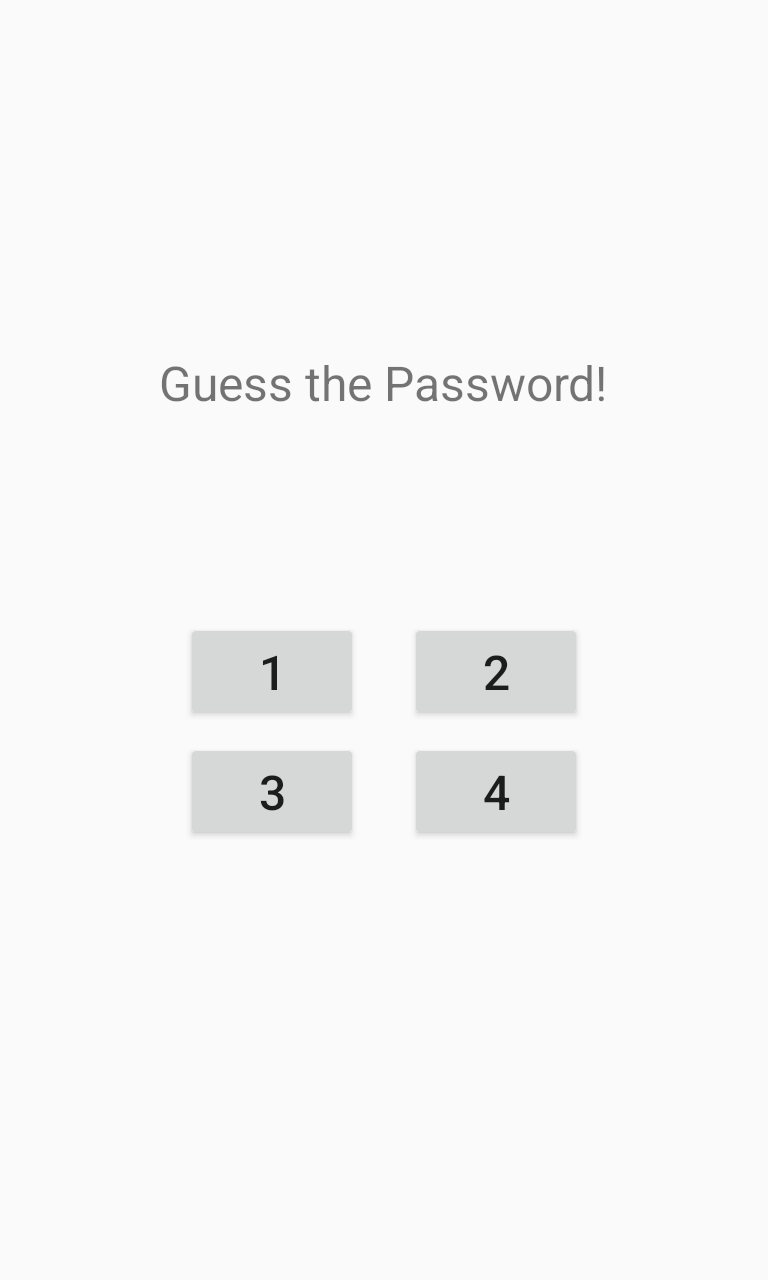
Repository: cryder3/csc303
Layout: Challenge1/res/layout/activity_topsecret.xml
The author's editor kept a copy of each file at every save. The layout is drawn from the files as they stood at one save, then again after the next save.
It is drawn on a 768 x 1280 px phone screen (xhdpi) without system bars, with theme AppTheme; the app's code is not run.

Above is the layout before, as saved 2014-09-10 16:09:07.

After the next save:
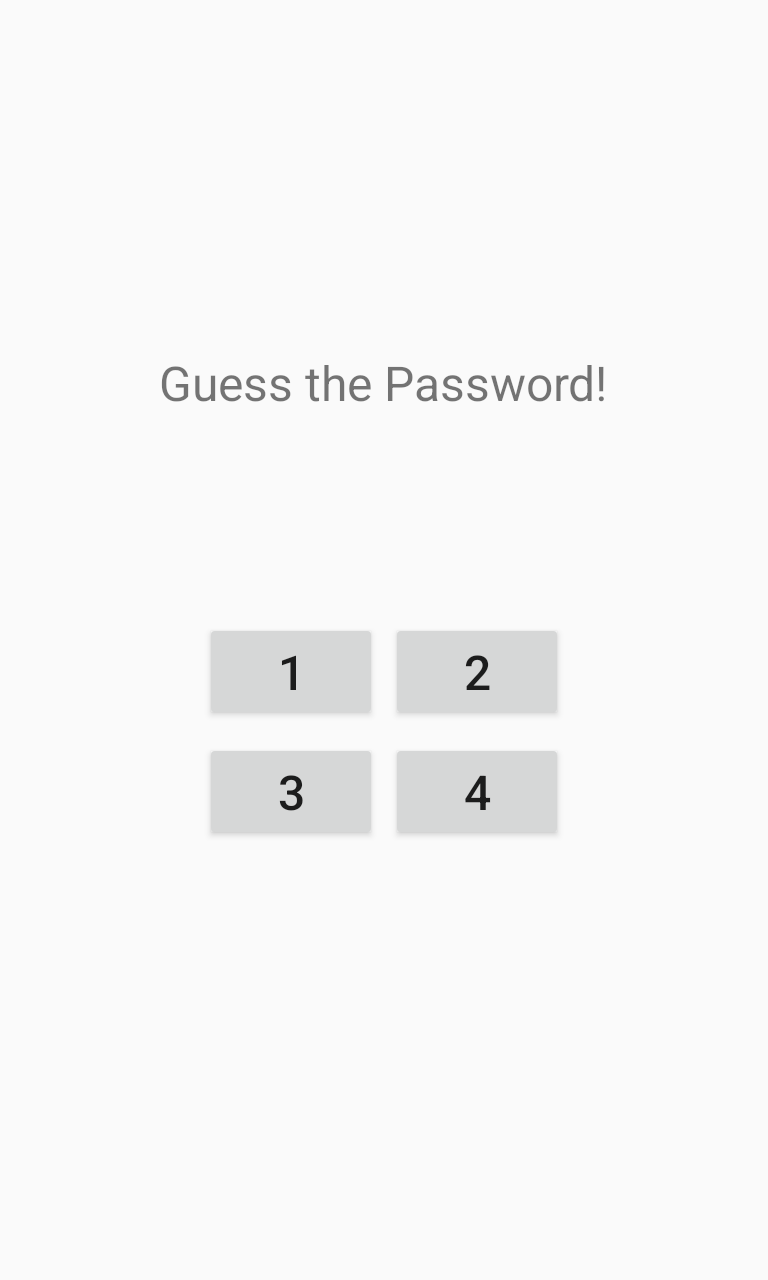
Saved 56 s later.
--- a/Challenge1/res/layout/activity_topsecret.xml
+++ b/Challenge1/res/layout/activity_topsecret.xml
@@ -33,7 +33,7 @@
             android:layout_width="wrap_content"
             android:layout_height="wrap_content"
             android:layout_marginBottom="5dp"
-            android:layout_marginRight="24dp"
+            android:layout_marginRight="5dp"
             android:text="@string/one"
             android:textSize="24dp" />
 
@@ -56,7 +56,7 @@
             android:id="@+id/button3"
             android:layout_width="wrap_content"
             android:layout_height="wrap_content"
-            android:layout_marginRight="24dp"
+            android:layout_marginRight="5dp"
             android:text="@string/three"
             android:textSize="24dp" />
 
